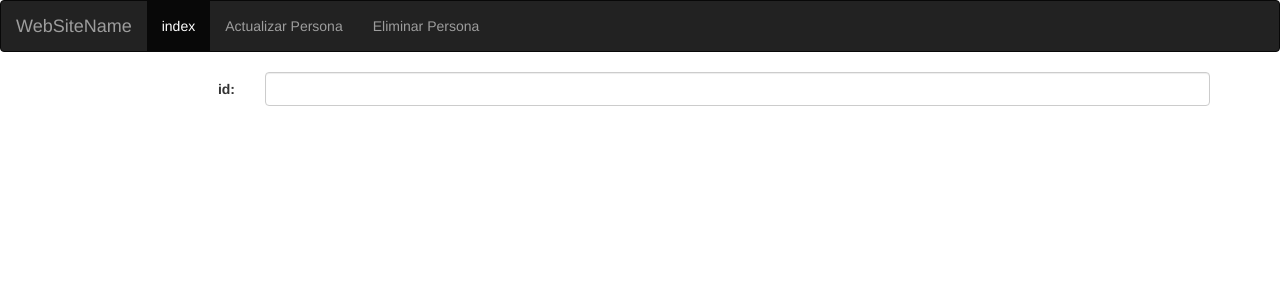
Repository: UAQJavaEveris/ProyectoFinalJuanCarlos
Page: http://localhost/WebCliente/eliminar.jsp
These files come from the project's save history. The page is drawn as it stood at one moment and after the next save; the edit follows.
The browser window is 1280 px wide. The pictures show the whole page.
Some web libraries are served in a nearby version. The page is served by Tomcat 9. Other server files are loaded and not shown.

Above is the page before, as saved 2016-12-10 03:48:54.

### WebCliente/WebContent/eliminar.jsp
<%@ page language="java" contentType="text/html; charset=ISO-8859-1"
    pageEncoding="ISO-8859-1"%>
<!DOCTYPE html PUBLIC "-//W3C//DTD HTML 4.01 Transitional//EN" "http://www.w3.org/TR/html4/loose.dtd">
<html>
<head>
<meta http-equiv="Content-Type" content="text/html; charset=ISO-8859-1">
<title>Pagina Principal</title>
<meta charset="utf-8">
  <meta name="viewport" content="width=device-width, initial-scale=1">
  <link rel="stylesheet" href="https://maxcdn.bootstrapcdn.com/bootstrap/3.3.7/css/bootstrap.min.css">
  <script src="https://ajax.googleapis.com/ajax/libs/jquery/3.1.1/jquery.min.js"></script>
  <script src="https://maxcdn.bootstrapcdn.com/bootstrap/3.3.7/js/bootstrap.min.js"></script>
</head>
<body>
<nav class="navbar navbar-inverse">
  <div class="container-fluid">
    <div class="navbar-header">
      <a class="navbar-brand" href="#">WebSiteName</a>
    </div>
    <ul class="nav navbar-nav">
      <li class="active"><a href="index.jsp">index</a></li>
      <li><a href="actualizar.jsp">Actualizar Persona</a></li>
      <li><a href="eliminar.jsp">Eliminar Persona</a></li>
    </ul>
  </div>
</nav>
<div class="container">
<form  class="form-horizontal" action="/WebCliente/EraseController" method="Post">
<div class="form-group">
     <label class="control-label col-sm-2" for="nombre">id:</label>
    <div class="col-sm-10">
    <input  class="form-control" type="number" name="id"><br>
    </div>
  </div>
 </form>
</div>

</body>
</html>

After the next save:
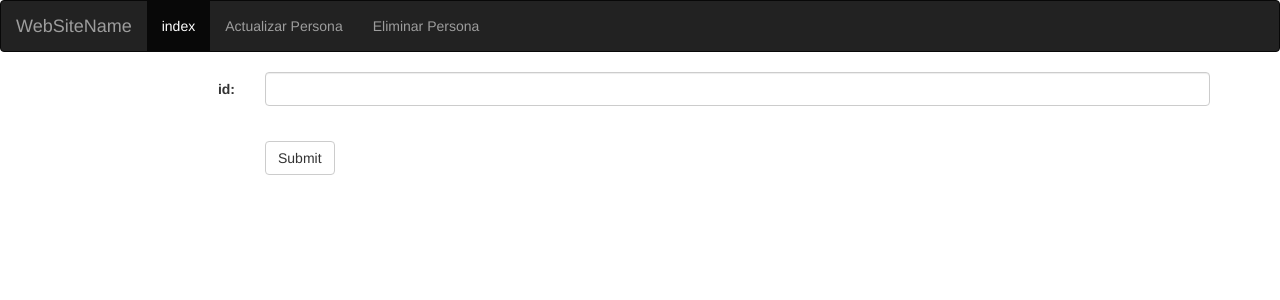
Saved 15 s later.
--- a/WebCliente/WebContent/eliminar.jsp
+++ b/WebCliente/WebContent/eliminar.jsp
@@ -32,6 +32,11 @@
     <input  class="form-control" type="number" name="id"><br>
     </div>
   </div>
+  <div class="form-group">
+      <div class="col-sm-offset-2 col-sm-10">
+        <button type="submit" class="btn btn-default">Submit</button>
+      </div>
+    </div>
  </form>
 </div>
 
